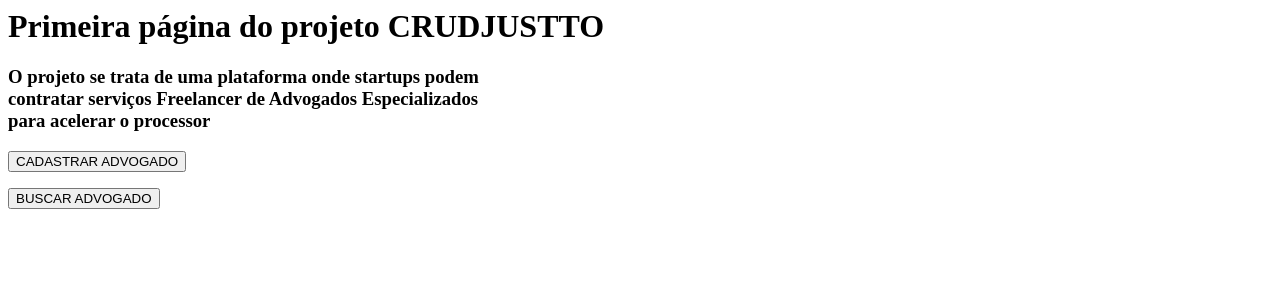
Repository: Natan16/CRUDJUSTTO
Page: CRUDJUSTTOWEB/WebContent/index.html
These files come from the project's save history. The page is drawn as it stood at one moment and after the next save; the edit follows.
The browser window is 1280 px wide. The pictures show the whole page.

Above is the page before, as saved 2019-08-31 23:04:57.

### CRUDJUSTTOWEB/WebContent/index.html
<html>
	<head>
		<title>Projeto CRUDJUSTTO</title>
	</head>
	<body>
		<h1>Primeira página do projeto CRUDJUSTTO</h1>
		<h3>
			<p>
				O projeto se trata de uma plataforma onde startups podem <br>
				contratar serviços Freelancer de Advogados Especializados<br>
				para acelerar o processor
			</p>

		</h3>
		<form action="adiciona-advogado.jsp" method="post">
			<input type="submit" value="CADASTRAR ADVOGADO" >
		</form>

		<form action="consulta-advogado.jsp" method="post">
			<input type="submit" value="BUSCAR ADVOGADO" >
		</form>


	</body>
</html>

After the next save:
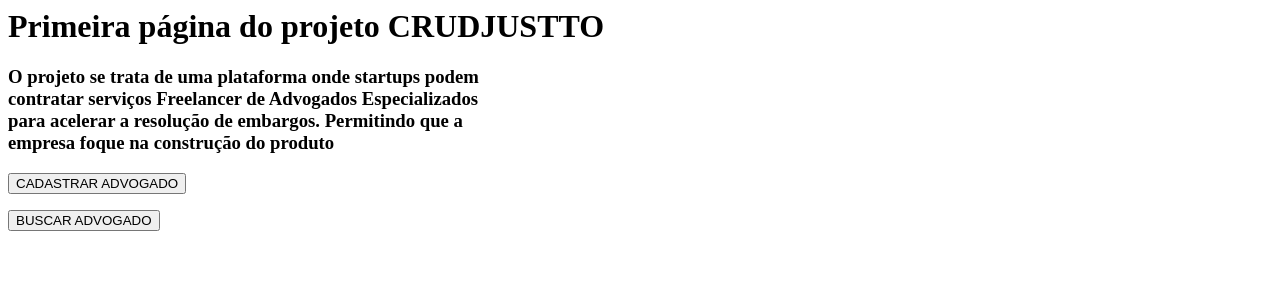
Saved 85 s later.
--- a/CRUDJUSTTOWEB/WebContent/index.html
+++ b/CRUDJUSTTOWEB/WebContent/index.html
@@ -8,7 +8,8 @@
 			<p>
 				O projeto se trata de uma plataforma onde startups podem <br>
 				contratar serviços Freelancer de Advogados Especializados<br>
-				para acelerar o processor
+				para acelerar a resolução de embargos. Permitindo que a <br>
+				empresa foque na construção do produto
 			</p>
 
 		</h3>
